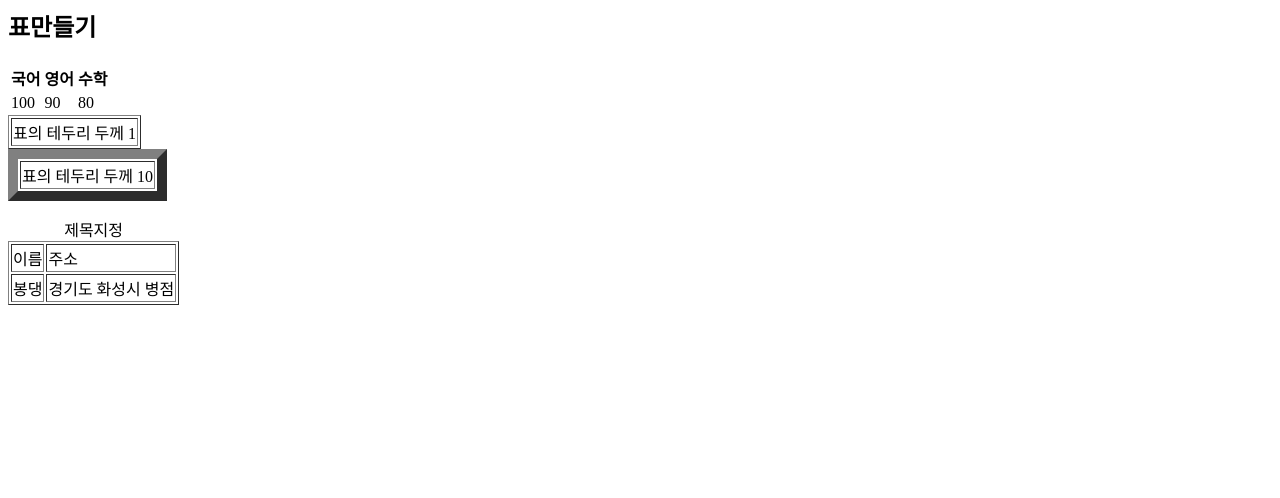
Repository: kisunssong/jsp
Page: http://localhost/test/table.jsp
An editor plug-in stored every save of this project. The page is shown before and after the next save, followed by the edit.
The browser window is 1280 px wide. The pictures show the whole page.
The page is served by Tomcat 9.

Above is the page before, as saved 2020-10-28 14:00:18.

After the next save:
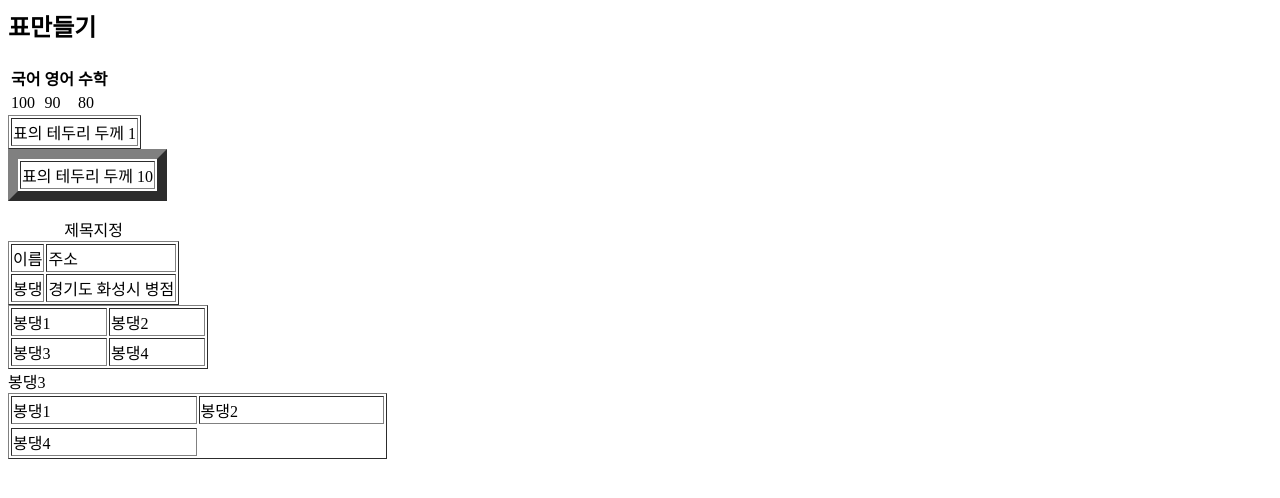
Saved 2 min 58 s later.
--- a/test/WebContent/table.jsp
+++ b/test/WebContent/table.jsp
@@ -26,4 +26,13 @@
 <TR><TD>봉댕<TD>경기도 화성시 병점</TR>
 </TABLE>
 
+<TABLE BORDER="1" WIDTH="200">
+<TR><TD>봉댕1<TD>봉댕2</TR>
+<TR><TD>봉댕3<TD>봉댕4</TR>
+</TABLE>
+
+<TABLE BORDER="1" WIDTH="30%">
+<TR><TD>봉댕1<TD>봉댕2</TR>
+<TR><TR>봉댕3<TD>봉댕4</TR>
+</TABLE>
 </HTML>
